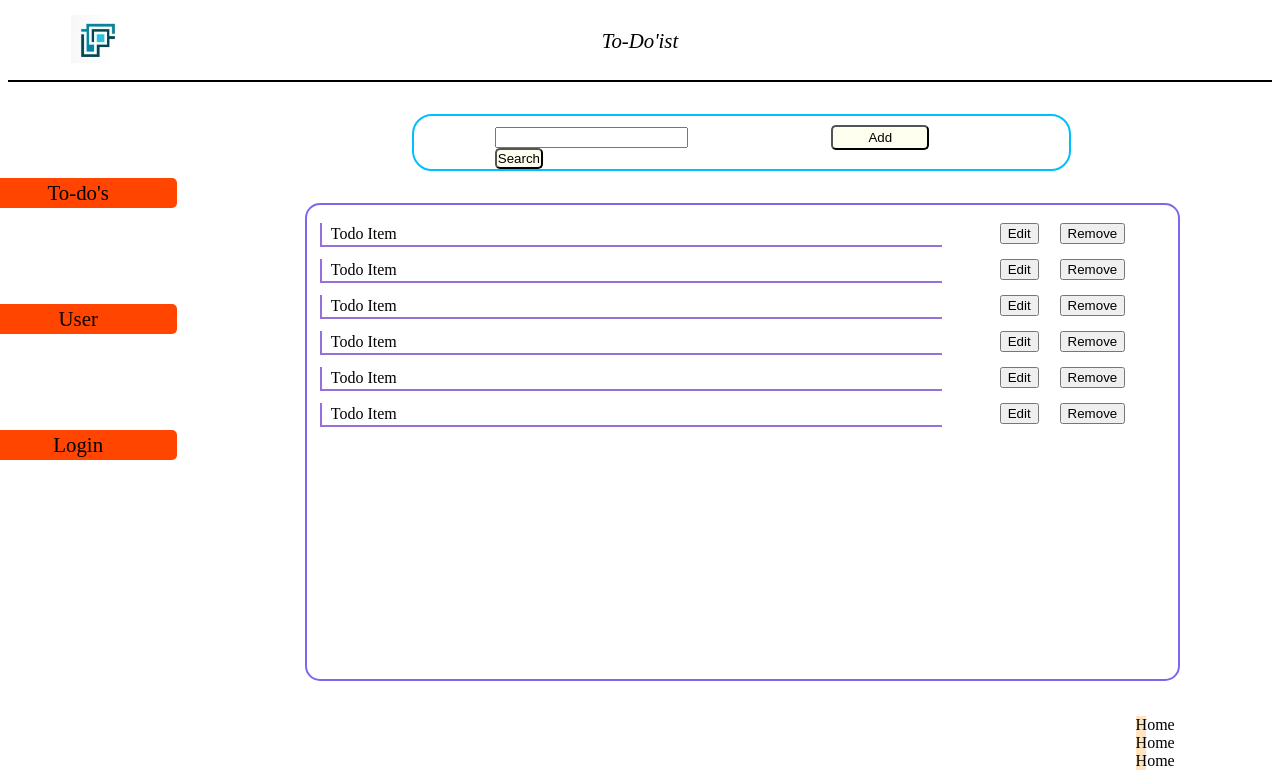
Repository: tavisca-pkadam/Todo-Website
Page: home.html
The author's editor kept a copy of each file at every save. The page is drawn from the files as they stood at one save, then again after the next save.
The browser window is 1280 px wide. The pictures show the whole page.

Above is the page before, as saved 2019-08-20 09:03:52.

### home.html
<!DOCTYPE html>
<html>
  <head>
    <meta charset="utf-8" />
    <meta http-equiv="X-UA-Compatible" content="IE=edge" />
    <title>Page Title</title>
    <meta name="viewport" content="width=device-width, initial-scale=1" />
    <link rel="stylesheet" type="text/css" media="screen" href="main.css" />

    <link rel="import" href="components/header.html" />

    <!-- <script src='main.js'></script> -->
  </head>
  <body>
    <div id="head" class="header">
      <img id="company_logo" src="src/logo.jpg" width="5%" />
      <p id="todo_header"><i>To-Do'ist</i></p>
    </div>


    <div id="side_nav">
      <div id="side_todo"  class="side_btn">
        To-do's
      </div>
      <div id="side_user" class="side_btn">
        User
      </div>
      <div id="side_login" class="side_btn">
        Login
      </div>
    </div>
    <div id="todo_content">
        <div id="todo_content_head">
            <div id="todo_content_search">
                <input type="text" style="padding-right:10px">
                <button class="search_button">Search</button>
            </div>
            <button id="todo_content_add" class="search_button">Add</button>
        </div>
        <div id="todo_list">
            <div class="todo_item">
                <div class="todo_detail">
                        Todo Item
                </div>
                <button class="todo_edit_btn">Edit</button>
                <button>Remove</button>
            </div>
            <div class="todo_item">
                <div class="todo_detail">
                        Todo Item
                </div>
                <button class="todo_edit_btn">Edit</button>
                <button>Remove</button>
            </div>
            <div class="todo_item">
                <div class="todo_detail">
                        Todo Item
                </div>
                <button class="todo_edit_btn">Edit</button>
                <button>Remove</button>
            </div>
            <div class="todo_item">
                <div class="todo_detail">
                        Todo Item
                </div>
                <button class="todo_edit_btn">Edit</button>
                <button>Remove</button>
            </div>
            <div class="todo_item">
                <div class="todo_detail">
                        Todo Item
                </div>
                <button class="todo_edit_btn">Edit</button>
                <button>Remove</button>
            </div>
            <div class="todo_item">
                <div class="todo_detail">
                        Todo Item
                </div>
                <button class="todo_edit_btn">Edit</button>
                <button>Remove</button>
            </div>
        </div>
    </div>
    <div class="links">
        <div class="link_btn">Home</div>
        <div class="link_btn">Home</div>
        <div class="link_btn">Home</div>
    </div>
  </body>
</html>

### main.css
.header {
    /* background-color:gray; */
    position: relative;
    width: 100%;
    height: 10vh;
    margin:0%;
    border-bottom: 2px double black;
}

#company_logo {
    position: absolute;
    left: 5%;
    width: 4%;
    margin-top: 1vh;
}

#todo_header {
    font-size: 1.3em;
    font-style: oblique;
    font-stretch: expanded;
    position: absolute;
    width: 100%;
    text-align: center;

    /* right: 45%; */
}

#side_nav {
    position: fixed;
    width: 15%;
    /* background-color: aquamarine; */
    height: 88vh;
}

.side_btn {
    left:-15%;
    text-align: center;
    width: 100%;
    position: relative;
    background-color: orangered;
    margin-top: 50%;
    font-size: 1.3rem;
    border-radius: 5px;
    padding: 3px;
}


#todo_content {
    position: relative;
    left: 15%;
    width:85%;
    /* background-color: aquamarine; */
    height: 88vh;
}

#todo_content_head {
    border: 1px;
    position: relative;
    /* background-color: deepskyblue; */
    padding: 5px;
    width: 60%;
    height: 6vh;
    border-radius: 20px;
    left: 20%;
    top: 5%;

    border-width: 2px;
    border-style: solid;
    border-color: deepskyblue;
}

.search_button{
    text-align: center;
    background-color: ivory;
    border-radius: 5px;
    padding: 0.5%;

}

#todo_content_search{
    position: absolute;
    /* background-color: darksalmon; */
    padding: 0.5%;
    margin-left:4%;
    padding-left: 2%;
    padding-right: 4%;
    left: 5vw;
    border-radius: 10px;
    /* border-width: 1px; */
    /* border-style: solid; */
    margin: 3px;

    border-color: blue;

}
#todo_content_add {
    position: absolute;
    background-color: ivory;
    left: 30vw;
    /* top: 10px; */
    width: 15%;
    margin: 4px;
    margin-left: 5%;
}


#todo_list {
    /* background-color: mediumslateblue; */
    position: relative;
    width: 80%;
    left: 10%;
    top: 10%;
    height: 65vh;
    border-radius: 15px;
    padding:3px;
    padding-left: 8px;


    border-width: 2px;
    border-style: solid;
    border-color: mediumslateblue;
}

.todo_item{
    margin:5px;
    margin-top: 15px;
}

.todo_edit_btn{
    margin-left: 80%;
    margin-right: 2%;
}

.todo_detail{
    width: 70%;

    position: absolute;
    padding: 2px;
    padding-left: 1%;

    border-bottom: 6px solid;
    border-left: 6px solid;
    border-width: 2px;
    border-color: mediumpurple;
    }

.links{
        width: 10px;
        background-color: bisque;
        float: right;
        margin-right: 10%;
}

.link_btn{

}

After the next save:
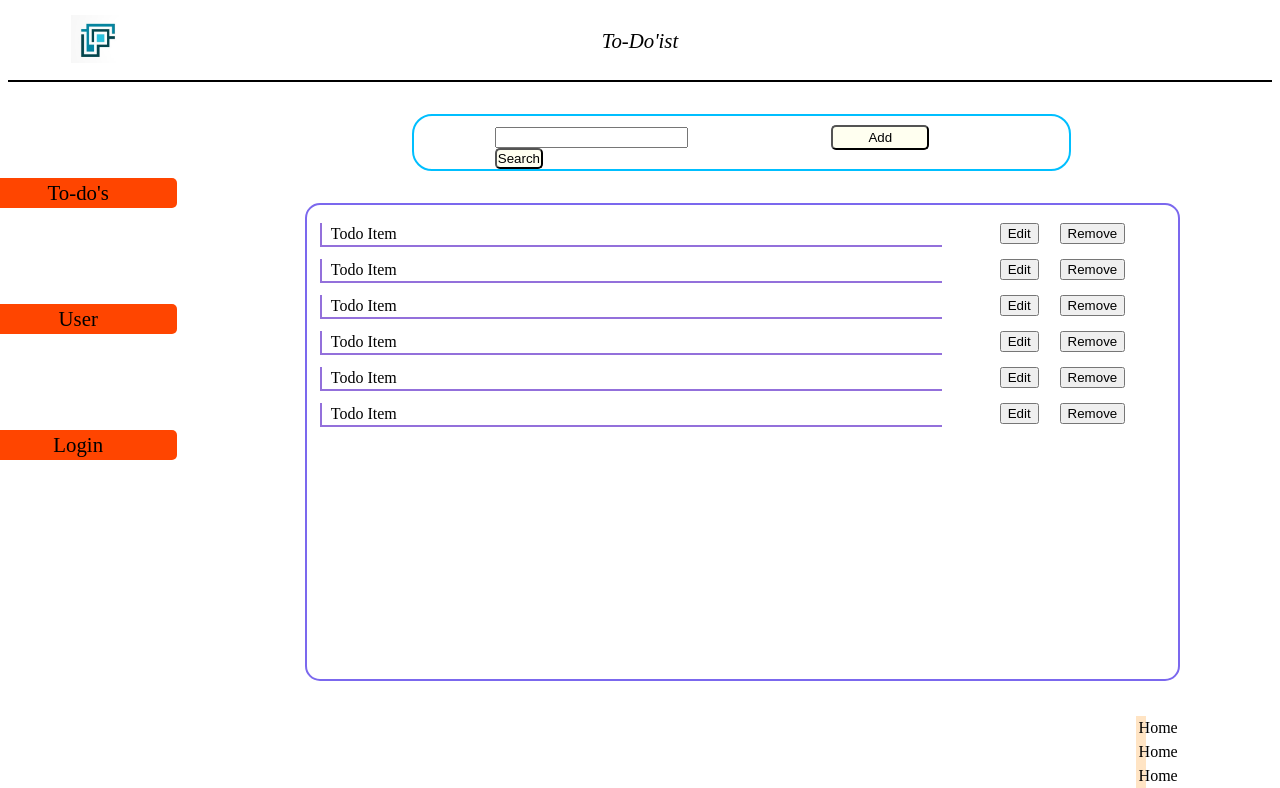
Saved 11 s later.
--- a/main.css
+++ b/main.css
@@ -152,5 +152,5 @@
 }
 
 .link_btn{
-
+    padding:3px;
 }
